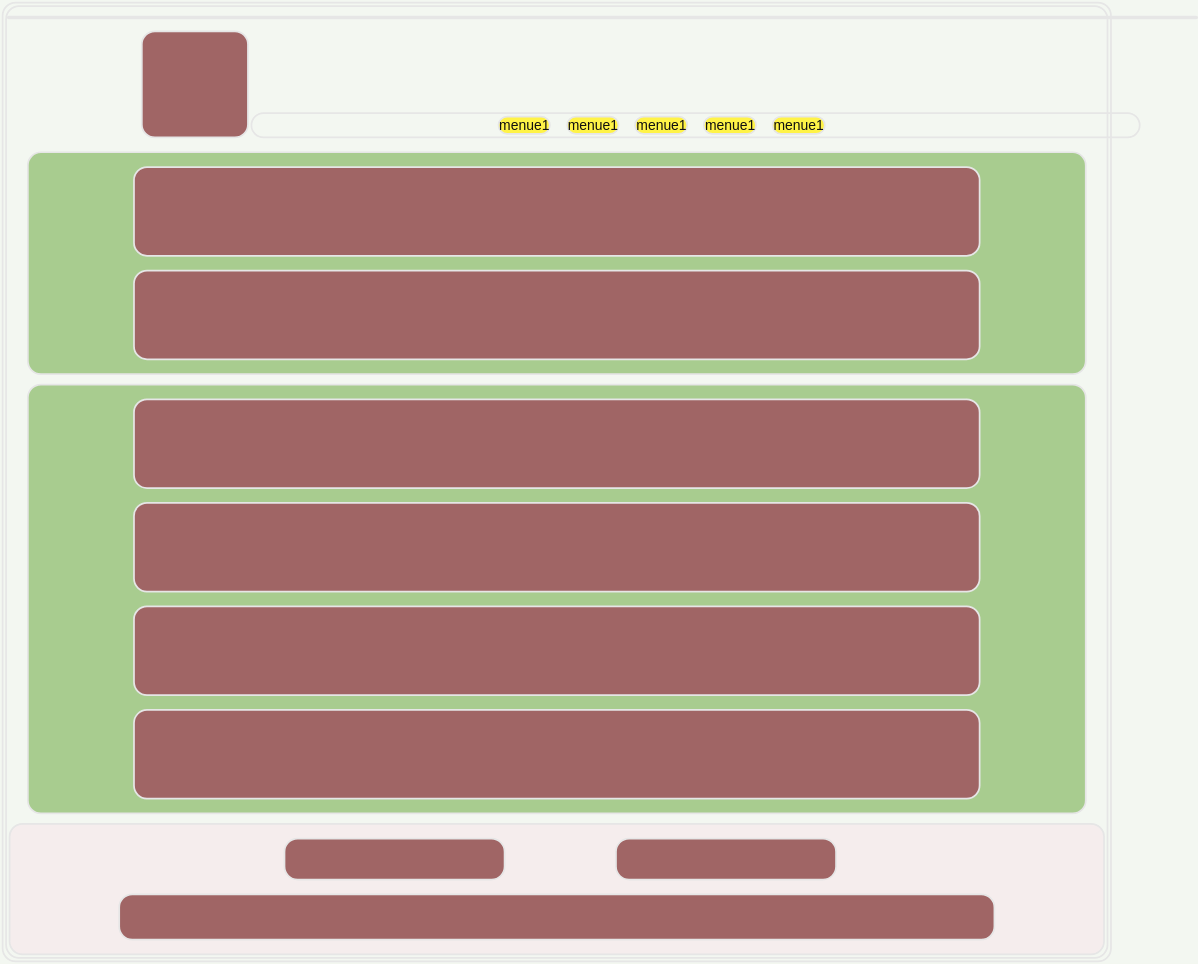
Repository: clairedupuich/cv-claireDUPUICH
Page: cv.html
An editor plug-in stored every save of this project. The page is shown before and after the next save, followed by the edit.
The browser window is 1280 px wide. The page is 1377 px wide, so the pictures cover 1377 px, including what lies to the right of the window. The pictures show the whole page, at 87% of full size.

Above is the page before, as saved 2020-10-08 16:47:47.

### cv.html
<!DOCTYPE html>
<html lang="fr" dir="ltr">
  <head>
    <meta charset="utf-8">
    <title>Exercice</title>
    <link rel="stylesheet" href="cv.css">
  </head>
  <body>
    <section class="header">
        <div class="img">
        </div>

            <ul class="nav">
                <li>menue1</li>
                <li>menue1</li>
                <li>menue1</li>
                <li>menue1</li>
                <li>menue1</li>
            </ul>

    </section>
      <section class="section1">
          <div class="article1_1">
          </div>
          <div class="article1_2">
          </div>
      </section>
      <section class="section2">
        <div class="article2_1">
        </div>
        <div class="article2_2">
        </div>
        <div class="article2_3">
        </div>
        <div class="article2_4">
        </div>
      </section>
      <footer>
          <div class='footer1'>
          </div>
        <div class="footer2">
        </div>

        <div class="footer3">
        </div>
    </footer>
  </body>
</html>

### cv.css
* {
    font-family: Avenir, sans-serif;
    border: 2px solid rgb(230, 230, 230);
    border-radius: 16px;
    margin: 2px;

}
@media screen and (min-width: 768px) and (max-width: 992px){


    body {
        background-color: azure;


    }
    section {
        margin-top: 10px;
        width: 95%;
        background-color: rgb(156, 156, 129);


    }
    div {
        margin: 15px auto;
        width:80% ;
        height: 100px;
        background-color: rgb(83, 83, 83);
    }
    ul {
        text-align: center;
        list-style: none;
        color: tomato;
    }

    footer,
    .header{
        background-color:rgb(162, 211, 233);
    }

    .footer2,
    .footer1 {
        height: 45px;
        width: 20%;
        float: left;

    }
    .footer1{
        margin-left: 25%;
        margin-right: 10%;
    }

    .footer3 {
        clear: both;
        height: 50px;
    }
    .img {
        width:120px;
        height: 120px;
        text-align: left;
    }

}
@media screen and (min-width: 992px) and (max-width: 1200px){

    body {
        background-color: rgb(153, 192, 192);


    }
    section {
        margin: 10px auto;
        width: 96%;
        background-color: rgb(248, 248, 194);


    }
    div {
        margin: 15px auto;
        width:80% ;
        height: 100px;
        background-color: rgb(207, 199, 199);
    }
    ul {
        text-align: center;
        list-style: none;
        color: rgb(212, 45, 15);
    }

    footer,
    .header{
        background-color:rgb(247, 247, 247);
    }

    .footer2,
    .footer1 {
        height: 45px;
        width: 20%;
        float: left;

    }
    .footer1{
        margin-left: 25%;
        margin-right: 10%;
    }

    .footer3 {
        clear: both;
        height: 50px;
    }
    .img {
        width:120px;
        height: 120px;
        text-align: left;
    }
}
@media screen and (min-width: 1200px){
    body {
        background-color: rgb(243, 247, 241);


    }
    section {
        margin: 10px auto;
        width: 96%;
        background-color: rgb(168, 204, 143);


    }
    div {
        margin: 15px auto;
        width:80% ;
        height: 100px;
        background-color: rgb(160, 101, 101);
    }
    ul {
        text-align: center;
        list-style: none;
        color: rgb(17, 16, 16);
        width: 62%;
        margin-top: 9%;
        padding-left: 22%;
    }


    li{
        background-color: rgb(255, 243, 71);
        margin-left: 2%;
    }
    .header{
        padding-left: 12%;
    }
    .img,
    ul,
    li {
        float: left;
    }

    .section1 {
        clear: both;
    }
    footer,
    .header{
        background-color:rgb(245, 237, 237);
    }

    .footer2,
    .footer1 {
        height: 45px;
        width: 20%;
        float: left;

    }
    .footer1{
        margin-left: 25%;
        margin-right: 10%;
    }

    .footer3 {
        clear: both;
        height: 50px;
    }
    .img {
        width:120px;
        height: 120px;
        text-align: left;
    }
}

After the next save:
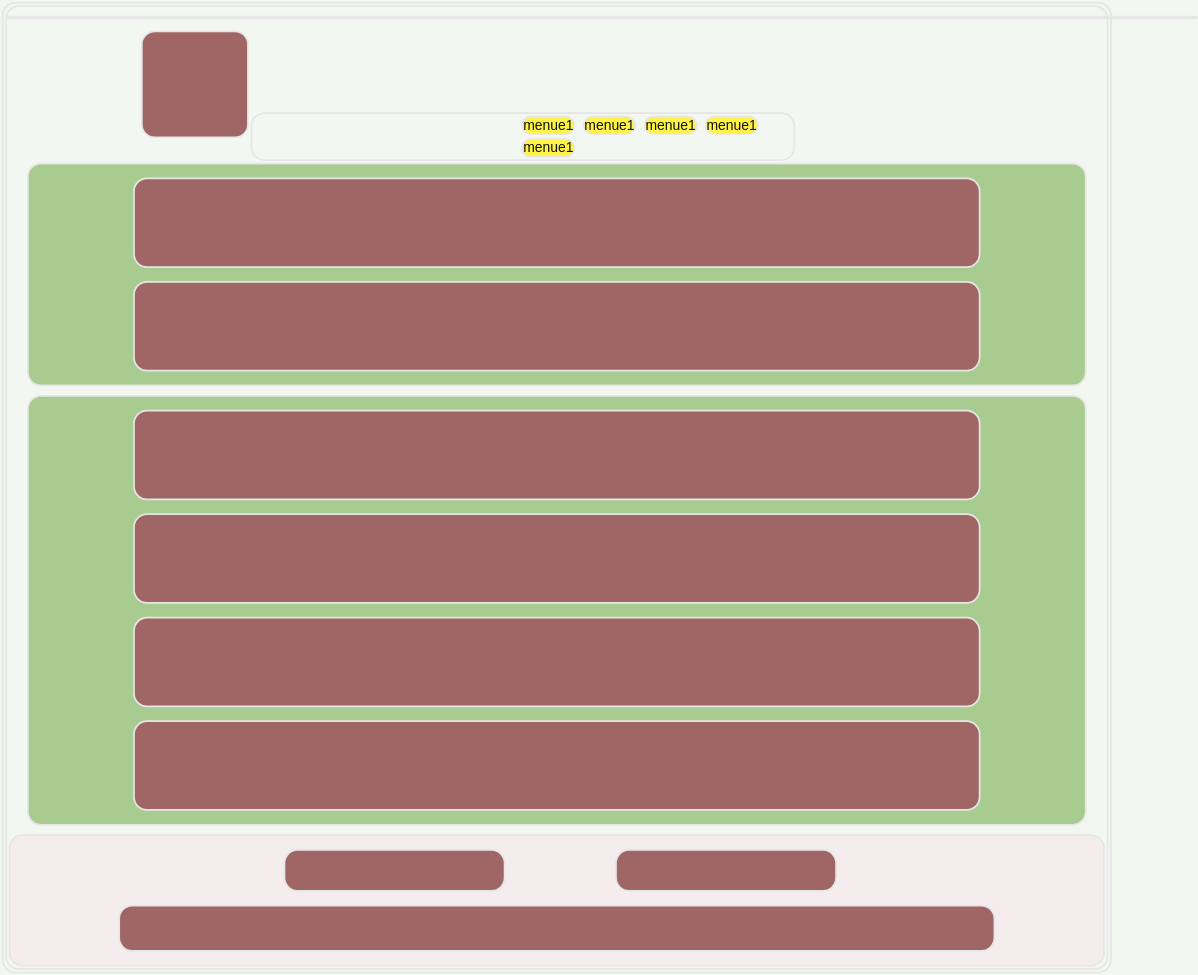
Saved 41 s later.
--- a/cv.css
+++ b/cv.css
@@ -136,9 +136,9 @@
         text-align: center;
         list-style: none;
         color: rgb(17, 16, 16);
-        width: 62%;
+        width: ;
         margin-top: 9%;
-        padding-left: 22%;
+        padding-left: 25%;
     }
 
 

After the save that followed:
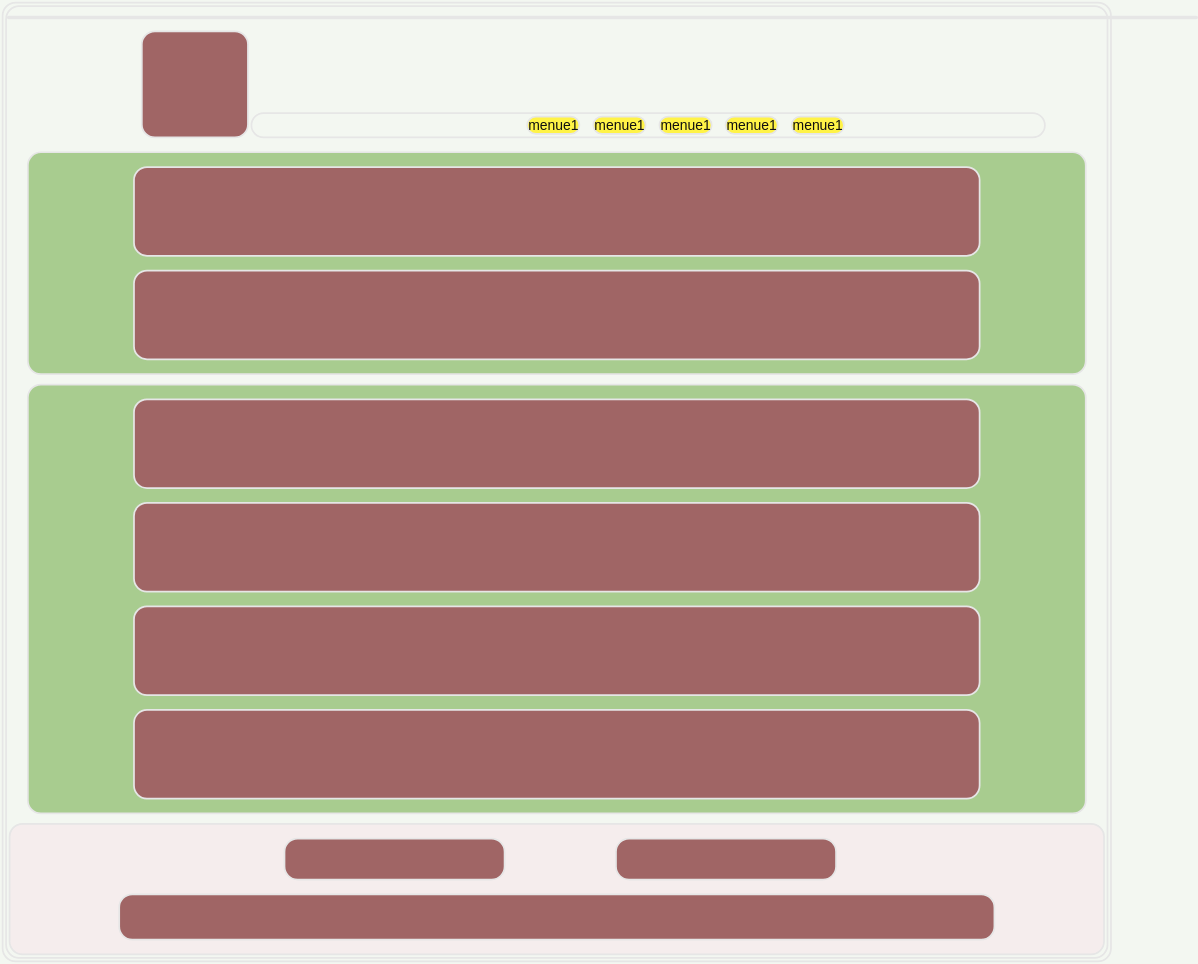
Saved 15 s later.
--- a/cv.css
+++ b/cv.css
@@ -136,7 +136,7 @@
         text-align: center;
         list-style: none;
         color: rgb(17, 16, 16);
-        width: ;
+        width: 50%;
         margin-top: 9%;
         padding-left: 25%;
     }
